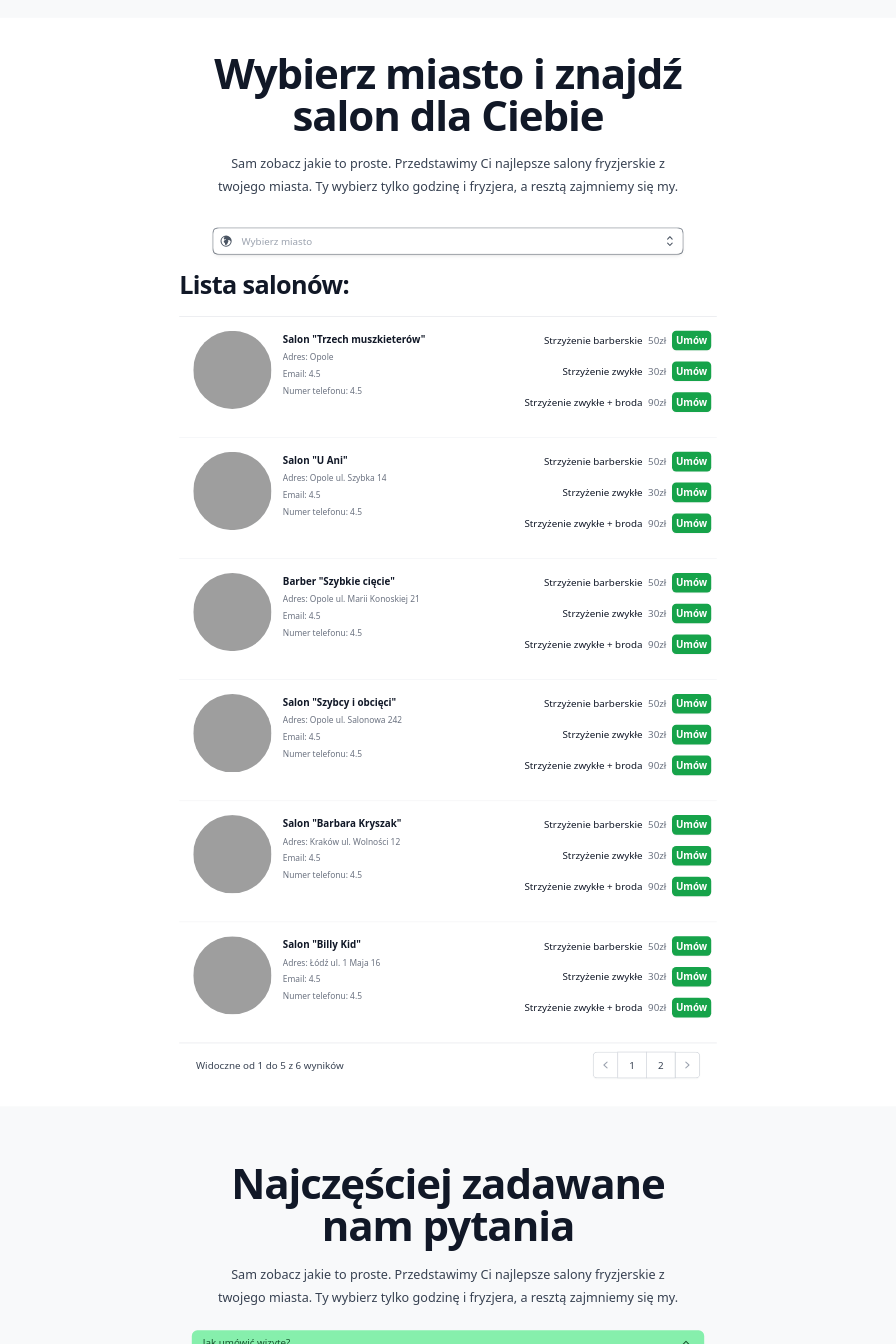
Repository: PrzemyslawJura/my-app
Page: / (app in frontend/)
An editor plug-in stored every save of this project. The page is shown before and after the next save, followed by the edit.
The browser window is 1280 px wide. The pictures show the part of the page from y = 869 to 2789 px (the page is 3798 px tall), at 70% of full size.
Pictures or frames that could not be fetched are drawn as grey boxes. The page's requests for data from a server got no answer. The project was rebuilt for these pictures with package versions that can differ from the ones it lists, and the page was loaded fresh each time. No one was signed in, and anything a server would have sent is missing. Also part of the build but not shown: frontend/src/home/Listbox.jsx, frontend/src/home/StepOne.jsx, frontend/src/home/StepTwo.jsx, frontend/src/components/Calendar.jsx, frontend/src/components/Tabs.jsx, frontend/src/biznes/CalendarOfWork.jsx, frontend/src/components/CarouselDefault.jsx, frontend/src/biznes/Salon.jsx and 8 more.

Above is the page before, as saved 2023-11-16 13:58:23.

### frontend/src/index.css
@tailwind base;
html {
  scroll-behavior: smooth;
}

@tailwind components;
@tailwind utilities;

### frontend/src/core/App.jsx
import BrowserRoutes from "./BrowserRoutes"
import FooterWithLogo from "./Footer"
import NavbarBiznes from "./NavbarBiznes";

export default function App() {
  return (
    <>
      <NavbarBiznes/>
      <BrowserRoutes/>
      <FooterWithLogo/>
    </>
  )
}

### frontend/src/core/BrowserRoutes.jsx
import Home from "../home/Home"
import CalendarOfWork from "../biznes/CalendarOfWork"
import SalonPage from "../biznes/SalonPage"
import Workers from "../biznes/Workers"
import Services from "../biznes/Services"
import { Route, Routes } from "react-router-dom"

export default function BrowserRoutes() {
  return (
      <Routes>
        <Route path="/" element={<Home/>}/>
        <Route path="/stronasalonu" element={<SalonPage/>}/>
        <Route path="/pracownicy" element={<Workers/>}/>
        <Route path="/kalendarz" element={<CalendarOfWork/>}/>
        <Route path="/oferta" element={<Services/>}/>
      </Routes>
  )
}

### frontend/src/core/Footer.jsx
import { Typography } from "@material-tailwind/react";

export default function FooterWithLogo() {
  return (
    <footer id="footer" className="w-full p-8 bg-slate-100">
      <div className="flex flex-row flex-wrap items-center justify-center gap-y-6 gap-x-12 text-center md:justify-between">
      <img
        className="h-8 w-auto"
        src="https://tailwindui.com/img/logos/mark.svg?color=green&shade=600"
        alt=""
      />
        <ul className="flex flex-wrap items-center gap-y-2 gap-x-8">
          <li>
            <Typography
              as="a"
              href="#"
              color="blue-gray"
              className="font-normal transition-colors hover:text-blue-500 focus:text-blue-500"
            >
              About Us
            </Typography>
          </li>
          <li>
            <Typography
              as="a"
              href="#"
              color="blue-gray"
              className="font-normal transition-colors hover:text-blue-500 focus:text-blue-500"
            >
              License
            </Typography>
          </li>
          <li>
            <Typography
              as="a"
              href="#"
              color="blue-gray"
              className="font-normal transition-colors hover:text-blue-500 focus:text-blue-500"
            >
              Contribute
            </Typography>
          </li>
          <li>
            <Typography
              as="a"
              href="#"
              color="blue-gray"
              className="font-normal transition-colors hover:text-blue-500 focus:text-blue-500"
            >
              Contact Us
            </Typography>
          </li>
        </ul>
      </div>
      <hr className="my-8 border-blue-gray-50" />
      <Typography color="blue-gray" className="text-center font-normal">
        &copy; 2023 Material Tailwind
      </Typography>
    </footer>
  );
}

### frontend/src/home/Home.jsx
import Location from '../components/Location'
import Feature from './Feature'
import ListOfSalons from './ListOfSalons'
import Faq from './Faq'
import Stats from './Stats'
import MainButton from '../shared_np_buttony_inputy_kalendarze_itp/MainButton'
import TitleAndParagraph from '../shared_np_buttony_inputy_kalendarze_itp/TitleAndParagraph'
import { useState } from 'react'

const mainTitle = 'Łączymy salony fryzjerskie z całej polski';
const mainParagraph = 'Sam zobacz jakie to proste. Przedstawimy Ci najlepsze salony fryzjerskie z twojego miasta. Ty wybierz tylko godzinę i fryzjera, a resztą zajmniemy się my.';
const searchTitle = 'Wybierz miasto i znajdź salon dla Ciebie';
const searchParagraph = 'Sam zobacz jakie to proste. Przedstawimy Ci najlepsze salony fryzjerskie z twojego miasta. Ty wybierz tylko godzinę i fryzjera, a resztą zajmniemy się my.';


export default function Home() {
  const [search, setSearch] = useState("");
  return (
    <>
      <div className='min-h-screen bg-bgGray'>
        <div className="relative isolate bg-main-image bg-cover">
          <div className="mx-auto max-w-2xl pt-20 lg:pt-32 pb-12 text-center">
            <TitleAndParagraph title = {mainTitle} paragraph={mainParagraph} h1Color="text-white" pColor="text-slate-50"/>
            <div className="mt-10 flex items-center justify-center gap-x-6">
              <Location setSearch={setSearch} search={search}></Location>
              <a href="#salons">
                <MainButton text="Szukaj"/>
              </a>
            </div>
          </div>
        </div>
        <Feature></Feature>
      </div>

      <div id="salons" className="mx-auto max-w-2xl pt-10 lg:pt-12 pb-4 text-center">
        <TitleAndParagraph title = {searchTitle} paragraph={searchParagraph} h1Color="text-gray-900" pColor="text-gray-700"/>
        <div className="mt-10 flex items-center justify-center gap-x-6">
          <Location setSearch={setSearch}  search={search}></Location>
          {/*<MainButton text="Szukaj"/>*/}
        </div>
      </div>

      <div className='w:4/5 lg:w-3/5 m-auto'>
        <ListOfSalons search={search}/>
      </div>

      <Faq></Faq>
      <Stats></Stats>
    </>
  )
}

### frontend/src/components/Location.jsx
import { Fragment, useEffect, useState } from 'react'
import { Combobox, Transition } from '@headlessui/react'
import { CheckIcon, ChevronUpDownIcon, GlobeEuropeAfricaIcon } from '@heroicons/react/20/solid'

export default function Location({setSearch, search}) {
  const [selected, setSelected] = useState("")
  const [query, setQuery] = useState('')
  const [locationData, setLocationData] = useState([]);

  useEffect(() => {
    fetch('https://localhost:7230/api/City')
      .then((res) => res.json())
      .then((result) => {
        setLocationData(result);
      });
  }, [])

  const filteredPeople =
    query === ''
      ? locationData
      : locationData.filter((location) =>
            location.cityName
            .toLowerCase()
            .replace(/\s+/g, '')
            .includes(query.toLowerCase().replace(/\s+/g, ''))
        )

  return (
      <Combobox value={search} onChange={setSearch}>
        <div className="relative mt-1 w-full  border-gray-600 border rounded-md">
          <div className="relative w-full cursor-default overflow-hidden rounded-lg bg-white text-left shadow-md focus:outline-none focus-visible:ring-2 focus-visible:ring-white focus-visible:ring-opacity-75 focus-visible:ring-offset-2 focus-visible:ring-offset-teal-300 sm:text-sm">
          <Combobox.Button className="absolute inset-y-0 left-2 flex items-center pr-2">
              <GlobeEuropeAfricaIcon
                className="h-5 w-5 text-gray-600"
                aria-hidden="true"
              />
            </Combobox.Button>
            <Combobox.Input
              className="w-full border-none py-2 pl-10 pr-10 text-sm leading-5 text-gray-900 focus:ring-0"
              placeholder="Wybierz miasto"
              displayValue={(location) => location.cityName}
              onChange={(event) => setQuery(event.target.value)}
            />
            <Combobox.Button className="absolute inset-y-0 right-0 flex items-center pr-2">
              <ChevronUpDownIcon
                className="h-5 w-5 text-gray-600"
                aria-hidden="true"
              />
            </Combobox.Button>
          </div>
          <Transition
            as={Fragment}
            leave="transition ease-in duration-100"
            leaveFrom="opacity-100"
            leaveTo="opacity-0"
            afterLeave={() => setQuery('')}
          >
            <Combobox.Options className="absolute mt-1 max-h-40 w-full overflow-auto rounded-md bg-white py-1 text-base shadow-lg ring-1 ring-black ring-opacity-5 focus:outline-none sm:text-sm">
              {filteredPeople.length === 0 && query !== '' ? (
                <div className="relative cursor-default select-none py-2 px-4 text-gray-700">
                  Nie znaleziono takiej lokalizacji
                </div>
              ) : (
                filteredPeople.map((location) => (
                  <Combobox.Option
                    key={location.id}
                    className={({ active }) =>
                      `relative cursor-default select-none py-2 pl-10 pr-4 ${
                        active ? 'bg-teal-600 text-white' : 'text-gray-900'
                      }`
                    }
                    value={location}
                  >
                    {({ selected, active }) => (
                      <>
                        <span
                          className={`block truncate ${
                            selected ? 'font-medium' : 'font-normal'
                          }`}
                        >
                          {location.cityName}
                        </span>
                        {selected ? (
                          <span
                            className={`absolute inset-y-0 left-0 flex items-center pl-3 ${
                              active ? 'text-white' : 'text-teal-600'
                            }`}
                          >
                            <CheckIcon className="h-5 w-5" aria-hidden="true" />
                          </span>
                        ) : null}
                      </>
                    )}
                  </Combobox.Option>
                ))
              )}
            </Combobox.Options>
          </Transition>
        </div>
      </Combobox>
  )
}

### frontend/src/home/Feature.jsx
import stepone from '../assets/stepone.jpg'
import steptwo from '../assets/steptwo.jpg'
import stepthree from '../assets/stepthree.jpg'

const features = [


  {
    name: 'Rejestracja',
    description:
      'Rejestracja będzie zajmowała chwilę i robisz to tylko raz',
    icon: stepone,
  },
  {
    name: 'Rezerwacja',
    description:
      'Wybierasz salon, datę i godzinę',
    icon: steptwo,
  },
  {
    name: 'Wizyta',
    description:
      'Przychodzisz na podaną godzinę',
    icon: stepthree,
  },
]

export default function Feature() {
  return (
    <div className="py-8 lg:py-16">
      <div className="mx-auto max-w-7xl px-6 lg:px-8">
        <div className="mx-auto max-w-xl lg:text-center">
          <h2 className="text-base font-semibold leading-7 text-green-600">Szybciej, łatwiej i bliżej</h2>
          <p className="mt-2 text-3xl font-bold tracking-tight text-gray-900 sm:text-4xl">
            Sprawdź sam, jakie to proste
          </p>
        </div>
        <div className="mx-auto mt-10 max-w-2xl lg:max-w-4xl">
          <dl className="grid max-w-2xl grid-cols-1 gap-x-8 gap-y-10 lg:max-w-none lg:grid-cols-3 lg:gap-y-16">
            {features.map((feature) => (
              <div key={feature.name} className="relative pl-16">
                <dt className="text-base font-semibold leading-7 text-gray-900">
                  <div className="absolute left-0 top-0 flex h-10 w-10 items-center justify-center  ">
                      <img className='rounded-lg h-10 w-10' src={feature.icon}></img>
                  </div>
                  {feature.name}
                </dt>
                <dd className="mt-2 text-base leading-7 text-gray-600">{feature.description}</dd>
              </div>
            ))}
          </dl>
        </div>
      </div>
    </div>
  )
}

### frontend/src/home/Faq.jsx
import { Disclosure } from '@headlessui/react'
import { ChevronUpIcon } from '@heroicons/react/20/solid'

const questions = [
    {
        question: "Jak umówić wizytę?",
        answer: "To takie proste",
    },
    {
        question: "Dlaczego wybranie nas to dobra decyzja?",
        answer: "To takie prost",
    },
    {
        question: "Jak można dodać tutaj swój salon?",
        answer: "To takie prost",
    },
    {
        question: "Czy można odwołać wizytę?",
        answer: "To takie prost",
    },
    {
        question: "Czy trzeba zakładać konto?",
        answer: "To takie prost",
    },
    {
        question: "Czy trzeba coś dodatkowo płacić za korzystanie z aplkacji?",
        answer: "To takie prost",
    },
]

export default function Faq() {
  return (
    <div className="w-full px-4 pt-6 pb-12 bg-bgGray">
      <div className="mx-auto w-3/5 rounded-2xl p-2">

      <div className="mx-auto max-w-2xl pt-10 lg:pt-12 pb-4">
          <div className="text-center">
            <h1 className="text-4xl font-bold tracking-tight text-gray-900 sm:text-6xl">
              Najczęściej zadawane nam pytania
            </h1>
            <p className="mt-6 text-lg leading-8 text-gray-700">
              Sam zobacz jakie to proste. Przedstawimy Ci najlepsze salony fryzjerskie z twojego miasta.
              Ty wybierz tylko godzinę i fryzjera, a resztą zajmniemy się my.
            </p>
            </div>
        </div>


        {questions.map((q) =>(
            <Disclosure>
            {({ open }) => (
                <>
                <Disclosure.Button className="my-4 flex w-full justify-between rounded-lg bg-green-300 px-4 py-2 text-left text-sm font-medium text-green-900 hover:bg-green-400 focus:outline-none focus-visible:ring focus-visible:ring-green-500 focus-visible:ring-opacity-75">
                    <span>{q.question}</span>
                    <ChevronUpIcon
                    className={`${
                        open ? 'rotate-180 transform' : ''
                    } h-5 w-5 text-grren-500`}
                    />
                </Disclosure.Button>
                <Disclosure.Panel className="px-4 pt-4 pb-2 text-sm text-gray-600">
                    {q.answer}
                </Disclosure.Panel>
                </>
            )}
            </Disclosure>
        ))}
      </div>
    </div>
  )
}

### frontend/src/home/Stats.jsx
const stats = [


    { id: 1, name: 'Liczba salonów w Polsce', value: '44 million' },
    { id: 2, name: 'Liczba umówionych wizyt', value: '119 trillion' },
    { id: 3, name: 'Nowych użytkowników', value: '46,000' },
  ]

  export default function Stats() {
    return (
      <div className="bg-white py-20">

        <div className="mx-auto max-w-2xl pb-4">
          <div className="text-center">
            <h1 className="text-4xl font-bold tracking-tight text-gray-900 sm:text-6xl">
              Możemy pochwalić się takimi statystykami
            </h1>
            <p className="mt-6 text-lg leading-8 text-gray-700">
              Sam zobacz jakie to proste. Przedstawimy Ci najlepsze salony fryzjerskie z twojego miasta.
              Ty wybierz tylko godzinę i fryzjera, a resztą zajmniemy się my.
            </p>
            </div>
        </div>

        <div className="mx-auto max-w-7xl px-6 lg:px-8">
          <dl className="grid grid-cols-1 gap-x-8 gap-y-16 text-center lg:grid-cols-3">
            {stats.map((stat) => (
              <div key={stat.id} className="mx-auto flex max-w-xs flex-col gap-y-4">
                <dt className="text-base leading-7 text-gray-600">{stat.name}</dt>
                <dd className="order-first text-3xl font-semibold tracking-tight text-gray-900 sm:text-5xl">
                  {stat.value}
                </dd>
              </div>
            ))}
          </dl>
        </div>
      </div>
    )
  }

### frontend/src/shared_np_buttony_inputy_kalendarze_itp/MainButton.jsx
export default function MainButton({text}) {
    return (
        <button
        type="submit"
        className="w-20 sm:w-32 flex-none rounded-md bg-green-600 px-3.5 py-2.5 text-sm font-semibold max-h-10 my-auto
                   text-white shadow-sm hover:bg-green-400 focus-visible:outline focus-visible:outline-2
                   focus-visible:outline-offset-2 focus-visible:outline-indigo-500"
        >
        {text}
        </button>
    )}

### frontend/src/shared_np_buttony_inputy_kalendarze_itp/TitleAndParagraph.jsx
export default function TitleAndParagraph({title, paragraph, h1Color, pColor}) {
    return (
        <>
            <h1 className={"text-4xl font-bold tracking-tight sm:text-6xl " + h1Color}>
                {title}
            </h1>
            <p className={"mt-6 text-lg leading-8 " + pColor}>
                {paragraph}
            </p>
        </>
    )}

### frontend/src/home/Pagination.jsx
import { ChevronLeftIcon, ChevronRightIcon } from '@heroicons/react/20/solid'
import PaginationTile from '../shared_np_buttony_inputy_kalendarze_itp/PaginationTile'
import { useState } from 'react'

export default function Pagination({result}) {
  const [ count, setCount ] =useState([])
  function paginationCount(result)
  {
    result=(result+5)/5
    for (let x = 1; x <= result; x++)
    {
      count.push(x)
      console.log(x)
    }
  }

  function paginationCountRemover(result)
  {
    result=(result+5)/5
    for (let x = 1; x <= result; x++)
    {
      count.pop(x)
    }
  }

  return (
    <div className="flex items-center justify-between border-t border-gray-200 bg-white px-4 pt-3 pb-10 sm:px-6">
      {paginationCount(result)}
      <div className="flex flex-1 justify-between sm:hidden">
        <PaginationTile title="Poprzednie" rounded="rounded-md"/>
        <PaginationTile title="Następny" rounded="rounded-md"/>
      </div>
      <div className="hidden sm:flex sm:flex-1 sm:items-center sm:justify-between">
        <div>
          <p className="text-sm text-gray-700">
            Widoczne od <span className="font-medium">1</span> do <span className="font-medium">5</span> z{' '}
            <span className="font-medium">{result}</span> wyników
          </p>
        </div>
        <nav className="isolate inline-flex -space-x-px rounded-md shadow-sm" aria-label="Pagination">
            <a
              href="#"
              className="relative inline-flex items-center rounded-l-md px-2 py-2 text-gray-400 ring-1 ring-inset ring-gray-300 hover:bg-gray-50 focus:z-20 focus:outline-offset-0"
            >
              <span className="sr-only">Poprzedni</span>
              <ChevronLeftIcon className="h-5 w-5" aria-hidden="true" />
            </a>
            {count.map((item) =>(
              <PaginationTile title={item} rounded=""/>
            ))}

            <a
              href="#"
              className="relative inline-flex items-center rounded-r-md px-2 py-2 text-gray-400 ring-1 ring-inset ring-gray-300 hover:bg-gray-50 focus:z-20 focus:outline-offset-0"
            >
              <span className="sr-only">Następna</span>
              <ChevronRightIcon className="h-5 w-5" aria-hidden="true" />
            </a>
          </nav>
      </div>
      {paginationCountRemover(result)}
    </div>
  )
}

### frontend/src/home/SalonOffer.jsx
import { useState } from "react";
import StepOne from "./StepOne";
import StepTwo from "./StepTwo";

export default function SalonOffer({person}) {
    const [Steps, setIsSteps] = useState(0);
return (
    <>
        <div className="flex min-w-0 gap-x-4 pl-5">
        <img className="h-28 w-28 flex-none rounded-full bg-gray-50" src={person.imageUrl} alt="" />
        <div className="min-w-0">
        <p className="text-sm font-semibold leading-6 text-gray-900">{person.name}</p>
        <p className="mt-1 truncate text-xs leading-5 text-gray-500">Adres: {person.email}</p>
        <p className="mt-1 truncate text-xs leading-5 text-gray-500">Email: {person.star}</p>
        <p className="mt-1 truncate text-xs leading-5 text-gray-500">Numer telefonu: {person.star}</p>
        </div>
        </div>
        <div className="hidden shrink-0 sm:flex sm:flex-col sm:items-end">
        {person.role.map((man)=> (
            <p className="text-sm leading-6 text-gray-900 mb-4">
                {man[1]}
                <span className="ml-2 mt-1 leading-5 text-gray-500">
                    {man[2]}
                </span>
                <button
                onClick={()=> setIsSteps(1)}
                    type="submit"
                    className="mx-2 w-14 flex-none rounded-md bg-green-600 px-1 py-1 text-sm font-semibold text-white shadow-sm hover:bg-green-400 focus-visible:outline focus-visible:outline-2 focus-visible:outline-offset-2 focus-visible:outline-indigo-500"
                >
                    Umów
                </button>
            </p>
        ))}
        </div>
        {Steps == 1 && <StepOne setIsSteps={setIsSteps} />}
        {Steps == 2 && <StepTwo setIsSteps={setIsSteps} />}
        {Steps == 3 && <StepOne setIsSteps={setIsSteps} />}
    </>
)}

### frontend/src/shared_np_buttony_inputy_kalendarze_itp/PaginationTile.jsx
export default function PaginationTile({title, rounded}) {
    return (
          <a
            href="#"
            className={"relative inline-flex items-center border border-gray-300 bg-white px-4 py-2 text-sm font-medium text-gray-700 hover:bg-gray-50" + {rounded}}
          >
            {title}
          </a>
    )}

Loaded but not shown: frontend/public/index.html (common file); frontend/src/reportWebVitals.js (common file); frontend/src/index.js (20 lines, source omitted); frontend/tailwind.config.js (19 lines, source omitted); frontend/src/core/NavbarBiznes.jsx (146 lines, source omitted); frontend/src/home/ListOfSalons.jsx (116 lines, source omitted)

After the next save:
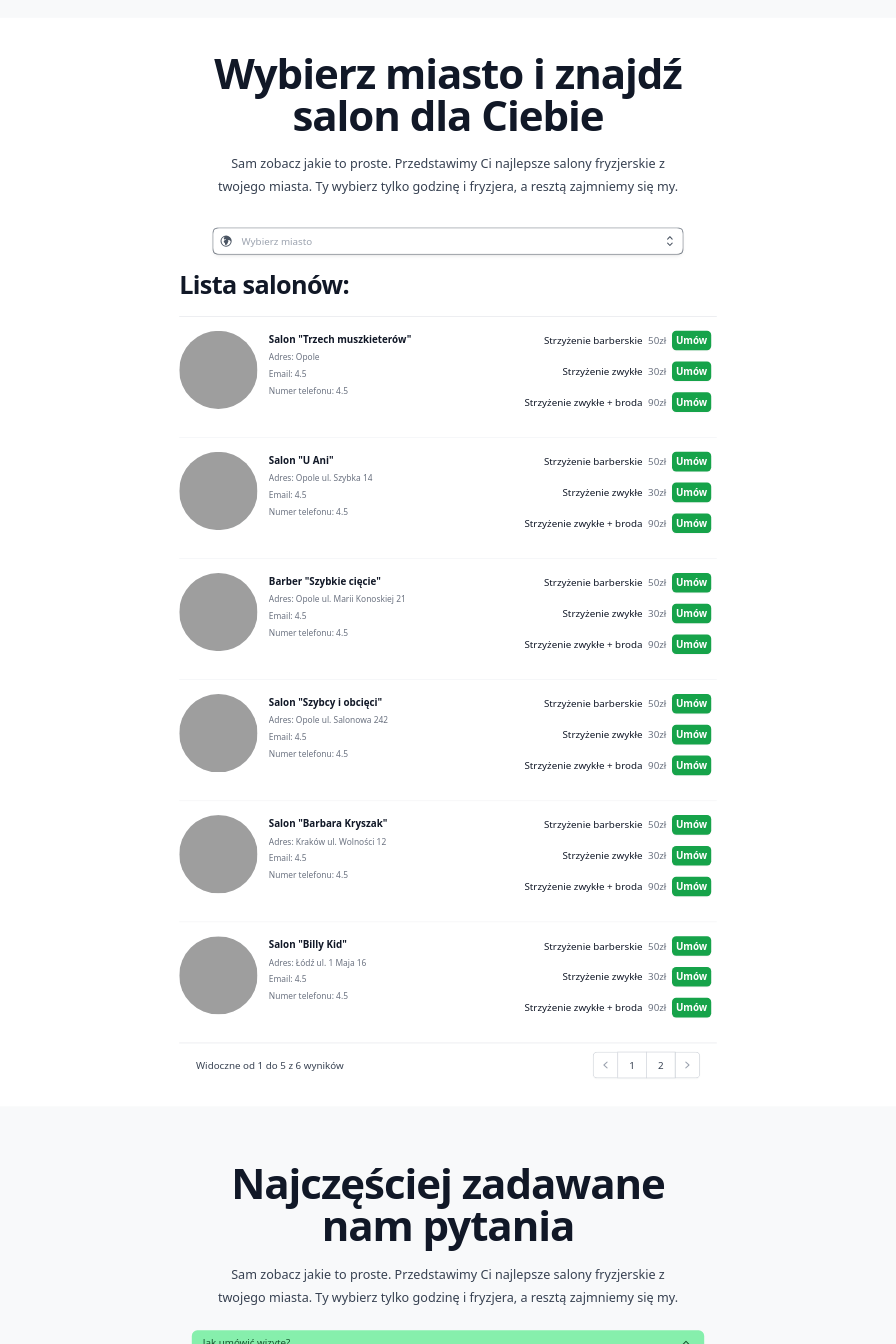
Saved 7 s later.
--- a/frontend/src/home/SalonOffer.jsx
+++ b/frontend/src/home/SalonOffer.jsx
@@ -6,7 +6,7 @@ export default function SalonOffer({person}) {
     const [Steps, setIsSteps] = useState(0);
 return (
     <>
-        <div className="flex min-w-0 gap-x-4 pl-5">
+        <div className="flex min-w-0 gap-x-4">
         <img className="h-28 w-28 flex-none rounded-full bg-gray-50" src={person.imageUrl} alt="" />
         <div className="min-w-0">
         <p className="text-sm font-semibold leading-6 text-gray-900">{person.name}</p>
